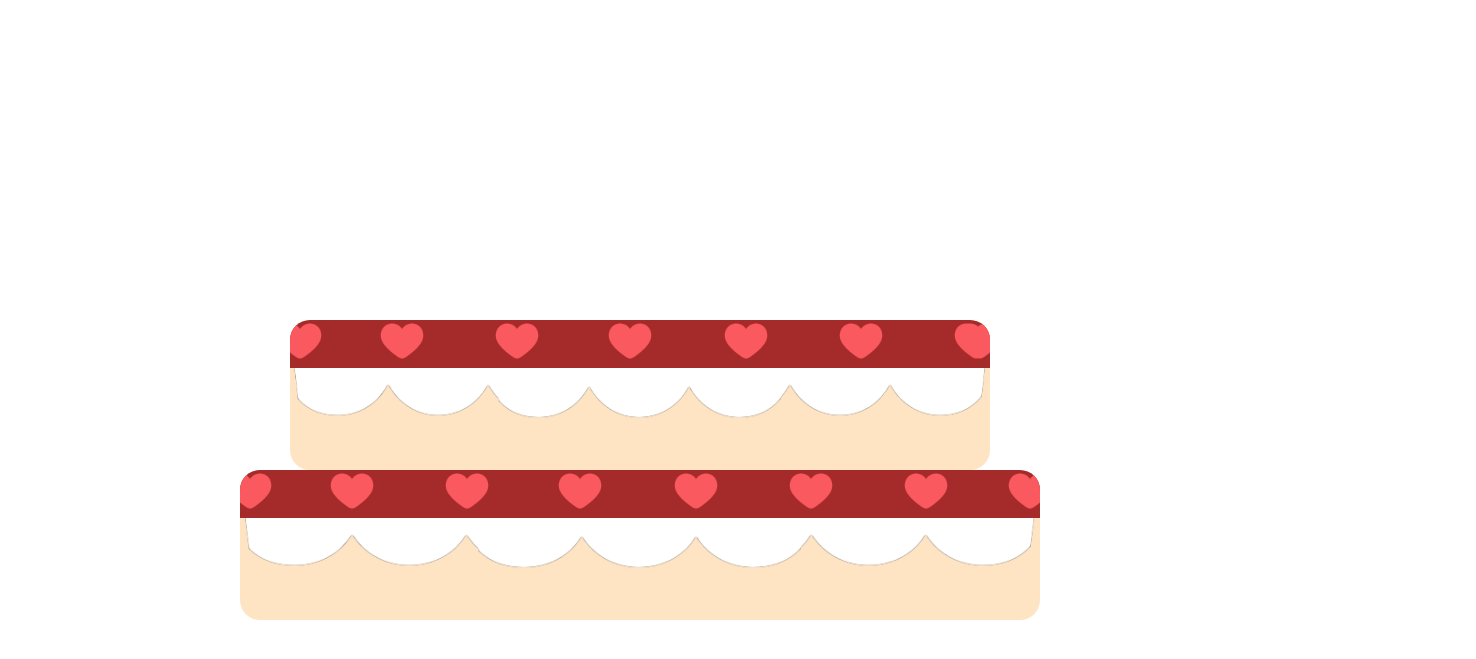
Repository: iphoneboy46/happybirthday
Page: index.html
The author's editor kept a copy of each file at every save. The page is drawn from the files as they stood at one save, then again after the next save.
The browser window is 1280 px wide. The page is 1280 px wide, then 1476 px, then 1280 px, so the pictures cover 1476 px, including what lies to the right of the window. The pictures show the whole page.

Above is the page before, as saved 2022-11-28 14:42:44.

After the next save:
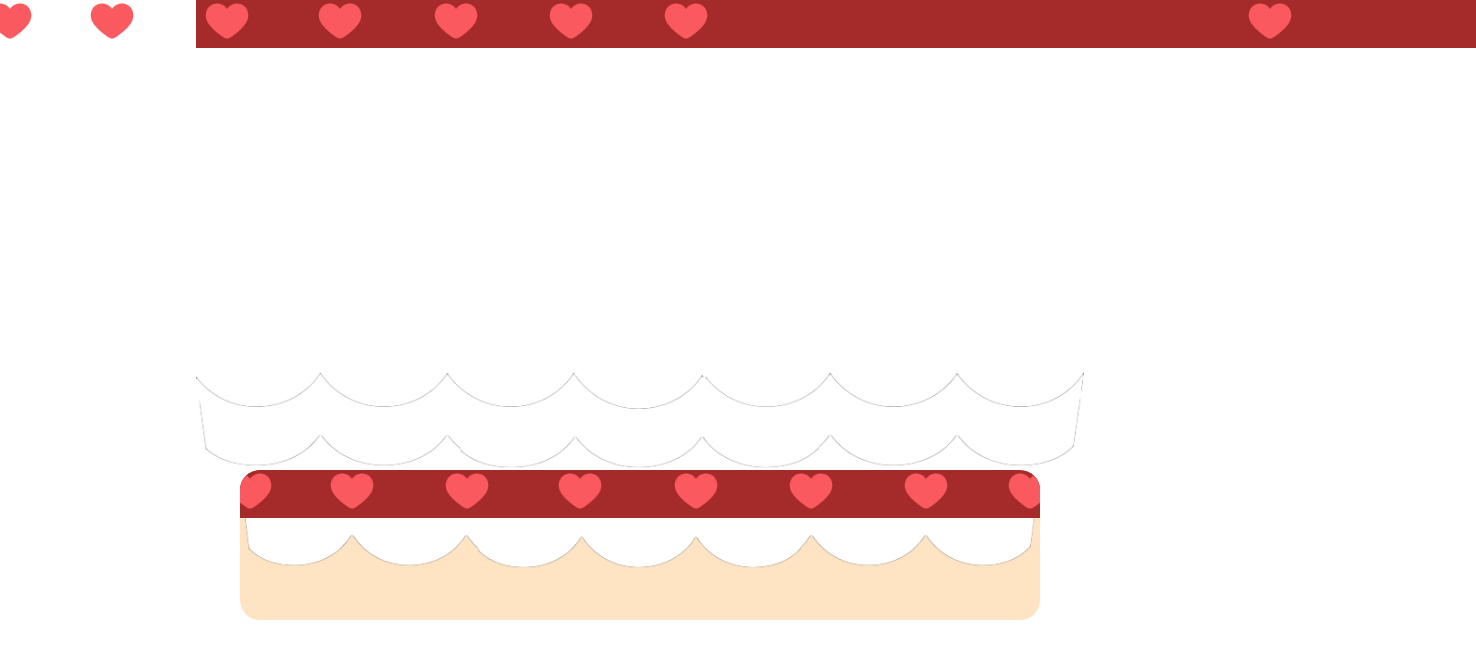
Saved 8 s later.
--- a/style.css
+++ b/style.css
@@ -171,13 +171,3 @@
     height: 48px;
     background-color: brown;
 }
-
-.center--cake{
-
-    position: relative;
-    overflow: hidden;
-    width: 700px;
-    height:150px;
-    background-color: bisque;
-    border-radius:20px;
-}

After the save that followed:
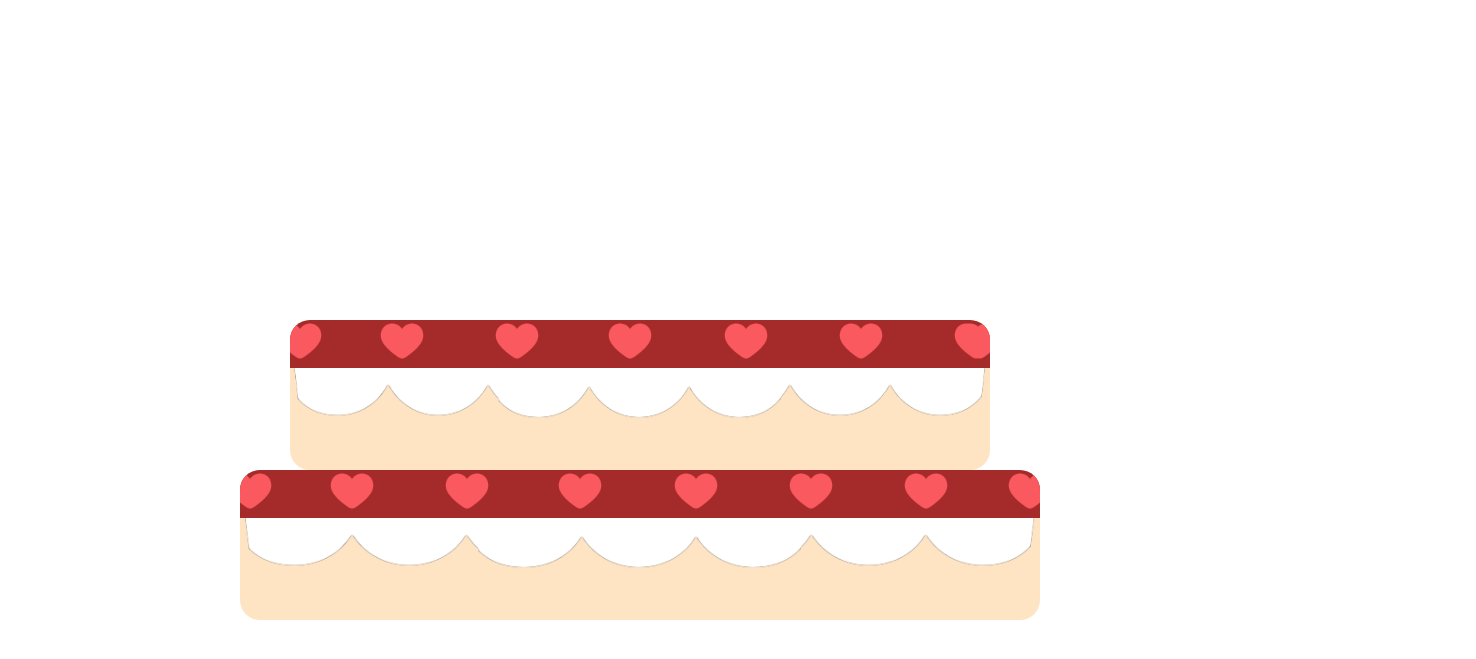
Saved 6 s later.
--- a/style.css
+++ b/style.css
@@ -17,6 +17,18 @@
     justify-content:center;
     align-items:center
 }
+
+
+
+.center--cake{
+    position: relative;
+    overflow: hidden;
+    width: 700px;
+    height:150px;
+    background-color: bisque;
+    border-radius:20px;
+}
+
 
 .bottom--cake{
     position: relative;
